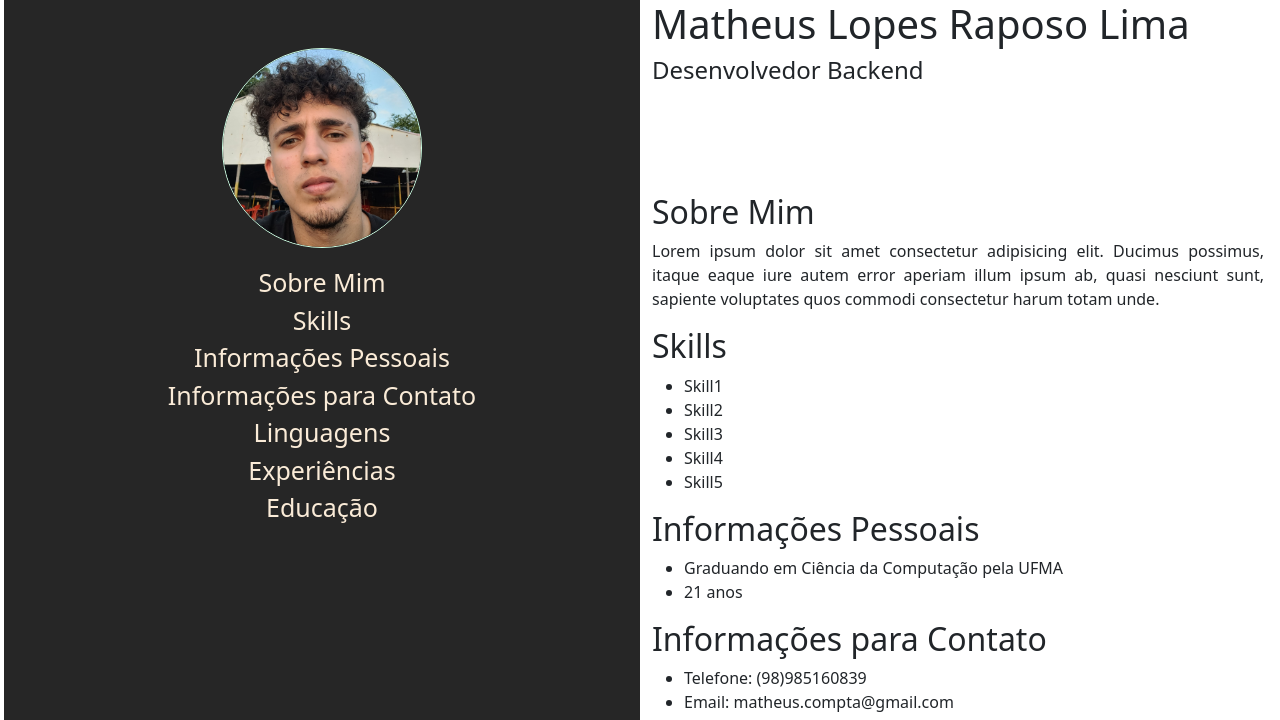
Repository: MaatheusRaposo/Curriculo_Web
Page: index.html
An editor plug-in stored every save of this project. The page is shown before and after the next save, followed by the edit.
The browser window is 1280 px wide. The pictures show the whole page.
An inner scrolling area shows only its first screen.

Above is the page before, as saved 2026-05-28 02:01:37.

### index.html
<!DOCTYPE html>
<html lang="en">
<head>
    <meta charset="UTF-8">
    <meta name="viewport" content="width=device-width, initial-scale=1.0">
    <title>Curriculo Matheus Raposo</title>
    <link href="https://cdn.jsdelivr.net/npm/bootstrap@5.3.8/dist/css/bootstrap.min.css" rel="stylesheet" integrity="sha384-sRIl4kxILFvY47J16cr9ZwB07vP4J8+LH7qKQnuqkuIAvNWLzeN8tE5YBujZqJLB" crossorigin="anonymous">
    <link rel="stylesheet" href="assets/css/style.css">
</head>
<body>
    <div class="container-fluid px-3">
        <div class="row">
            <div class="col text-light d-flex flex-column" id="coluna-esquerda">
                <div class="d-flex justify-content-center align-items-center pt-5">
                    <img class="foto-perfil position-relative mb-3" src="assets/images/20230725_175129.jpg" alt="">
                </div>
                <div>
                    <a href="#sobreMim">Sobre Mim</a> <br>
                    <a href="#Skills">Skills</a> <br>
                    <a href="#infoPessoal">Informações Pessoais</a> <br>
                    <a href="#infoCtt">Informações para Contato</a> <br>
                    <a href="#linguagens">Linguagens</a> <br>
                    <a href="#exps">Experiências</a> <br>
                    <a href="#edu">Educação</a> <br>
                </div>
            </div>
            <div class="col d-flex flex-column" id="coluna-direita">
                <section>
                    <h1>Matheus Lopes Raposo Lima</h1>
                    <h4>Desenvolvedor Backend</h4>
                </section>
                <div class="d-flex justify-content-center flex-column mt-3 espacamento-classes">
                    <section id="sobreMim">
                        <h2>Sobre Mim</h2>
                        <p>Lorem ipsum dolor sit amet consectetur adipisicing elit. Ducimus possimus, itaque eaque iure autem error aperiam illum ipsum ab, quasi nesciunt sunt, sapiente voluptates quos commodi consectetur harum totam unde.</p>
                    </section>
                    <section  id="Skills">
                        <h2>Skills</h2>
                        <ul>
                            <li>Skill1</li>
                            <li>Skill2</li>
                            <li>Skill3</li>
                            <li>Skill4</li>
                            <li>Skill5</li>
                        </ul>
                    </section>
                    <section id="infoPessoal">
                        <h2>Informações Pessoais</h2>
                        <ul>
                            <li>Graduando em Ciência da Computação pela UFMA</li>
                            <li>21 anos</li>
                        </ul>
                    </section>
                    <section id="infoCtt">
                        <h2>Informações para Contato</h2>
                        <ul>
                            <li>Telefone: (98)985160839</li>
                            <li>Email: matheus.compta@gmail.com</li>
                            <li>Rua seis 30, Vila Sarney Filho I, São José de Ribamar - MA</li>
                        </ul>
                    </section>
                    <section id="linguagens">
                        <h2>Linguagens</h2>
                        <ul>
                            <li>Português</li>
                            <li>Inglês</li>
                        </ul>
                    </section>
                    <section id="exps">
                        <h2>Experiências</h2>
                        <section>
                            <h4>Experiência1</h4>
                            <p>Lorem ipsum dolor sit amet consectetur adipisicing elit. Quo fugit assumenda ipsum veritatis cupiditate illum, dolore iure ad eligendi odio aliquam ipsam molestias mollitia quos, eveniet rem natus, sequi omnis?</p>
                        </section>
                        <section>
                            <h4>Experiencia2</h4>
                            <p>Lorem ipsum dolor, sit amet consectetur adipisicing elit. Pariatur soluta doloribus beatae illum atque, nemo a? Distinctio obcaecati nulla totam! Vero facilis dolorem nobis, asperiores laborum in sed unde nisi.</p>
                        </section>
                        <section>
                            <h4>Experiencia3</h4>
                            <p>Lorem ipsum dolor sit amet consectetur adipisicing elit. Accusantium, error inventore porro iste vero eaque eum exercitationem perferendis. Alias voluptatum officiis, qui fugiat explicabo sed consequatur perspiciatis atque suscipit error.</p>
                        </section>
                    </section>
                    <section id="edu">
                        <h2>Educação</h2>
                        <section>
                            <h4>Formação1</h4>
                        </section>
                        <section>
                            <h4>Formação2</h4>
                        </section>
                    </section>
                </div>
            </div>
        </div>
    </div>

    <script src="https://cdn.jsdelivr.net/npm/bootstrap@5.3.8/dist/js/bootstrap.bundle.min.js" integrity="sha384-FKyoEForCGlyvwx9Hj09JcYn3nv7wiPVlz7YYwJrWVcXK/BmnVDxM+D2scQbITxI" crossorigin="anonymous"></script>
    <script src="app.js"></script>
    <noscript>Voce precisa tivar o JavaScript para ver o curriculo perfeitamente</noscript>
</body>
</html>

### assets/css/style.css
.foto-perfil {
    width: 200px;
    height: 200px;
    border: 1px solid #CEFFE4;
    border-radius: 50%;
    object-fit: cover;
}

#coluna-esquerda {
    background-color: #262626;
    text-align: center;
}

#coluna-direita {
    overflow-y: auto;
    scroll-behavior: smooth;
    height: 100vh;
}

a {
    text-decoration: none;
    color: antiquewhite;
    font-size: 25px;
    transition: transform 0.5s ease;
    display: inline-block;
}

a:hover {
    color: aliceblue;
    transform: scale(1.2);
}

@media screen and (min-width: 768px) {
    .espacamento-classes {
        margin-top: 100px !important;
    }
}

.espacamento-classes {
    text-align: justify;
}

Loaded but not shown: app.js (no stored copy; drawn as an empty file)

After the next save:
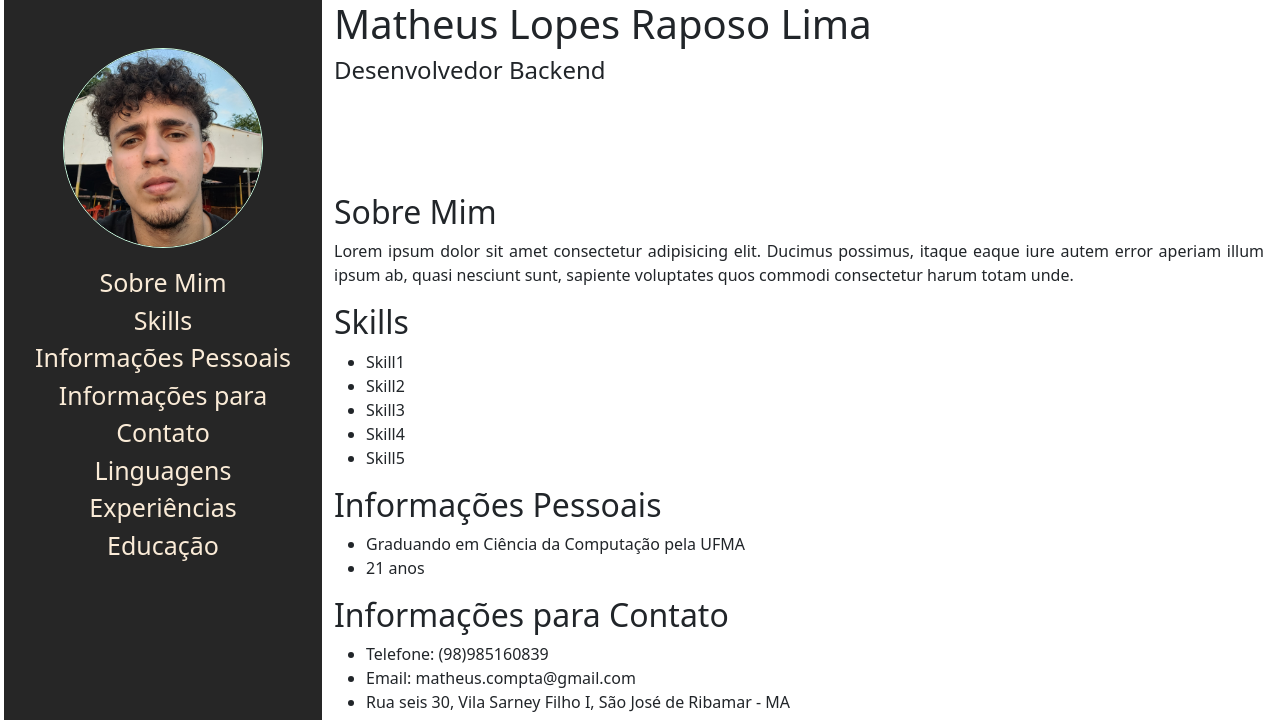
Saved 107 s later.
--- a/index.html
+++ b/index.html
@@ -10,7 +10,7 @@
 <body>
     <div class="container-fluid px-3">
         <div class="row">
-            <div class="col text-light d-flex flex-column" id="coluna-esquerda">
+            <div class="col-3 text-light d-flex flex-column" id="coluna-esquerda">
                 <div class="d-flex justify-content-center align-items-center pt-5">
                     <img class="foto-perfil position-relative mb-3" src="assets/images/20230725_175129.jpg" alt="">
                 </div>
